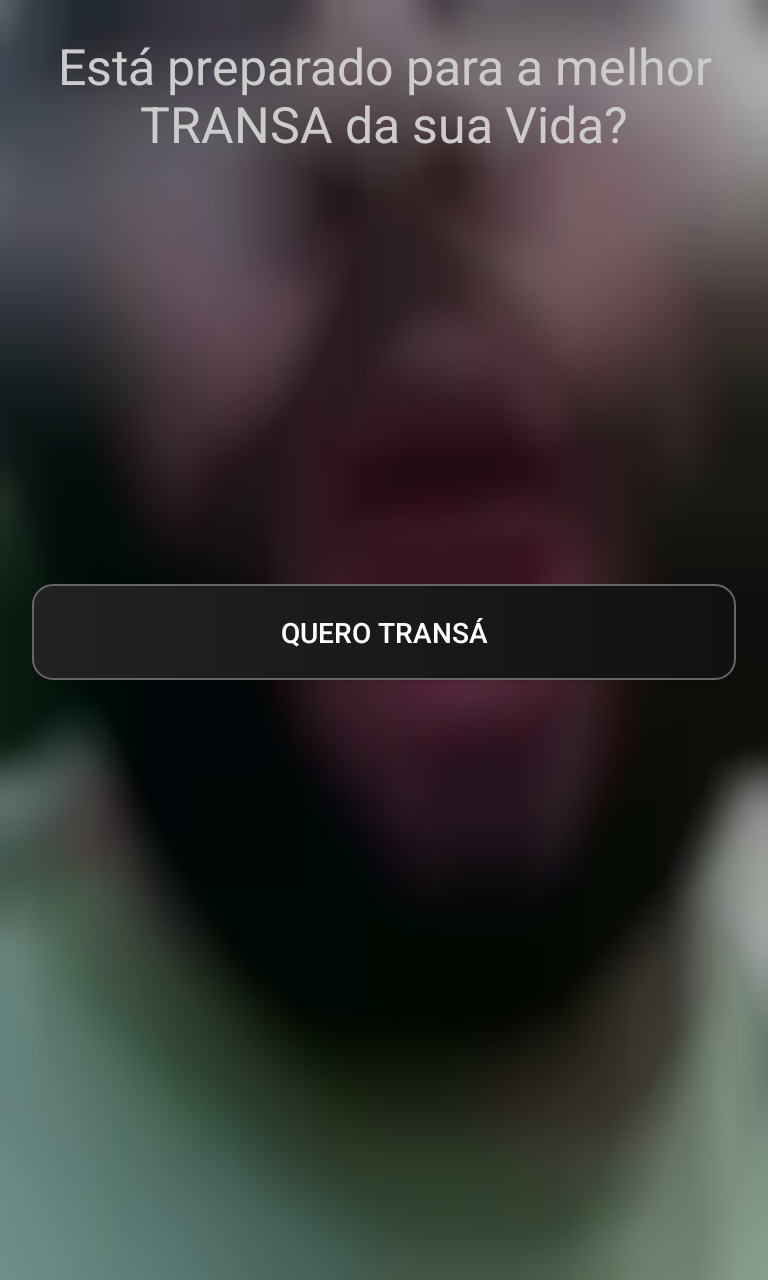
Repository: Cookahn/bioca_sounds
Layout: ChicoBiocaApp/res/layout/activity_main.xml
These files come from the project's save history. The layout is drawn as it stood at one moment and after a run of saves; the edit follows.
It is drawn on a 768 x 1280 px phone screen (xhdpi) without system bars, with theme AppTheme; the app's code is not run.

Above is the layout before, as saved 2014-08-12 13:19:06.

After the next 5 saves:
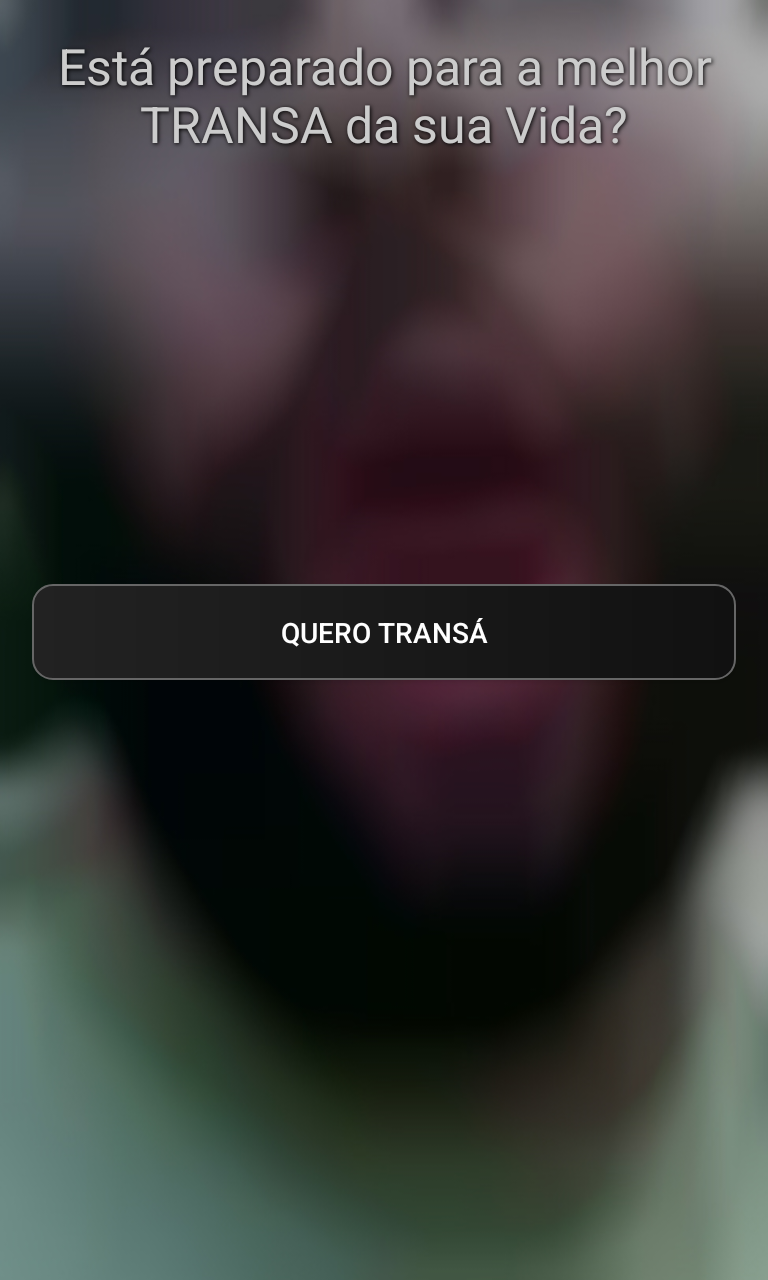
The 5 saves are shown as one change because they came seconds apart.
The last was saved 14 s later.
--- a/ChicoBiocaApp/res/layout/activity_main.xml
+++ b/ChicoBiocaApp/res/layout/activity_main.xml
@@ -17,9 +17,9 @@
         android:text="@string/are_you_ready"
         android:textColor="#ccc"
         android:shadowColor="#000"
-        android:shadowDx=""
-        android:shadowDy=""
-        android:shadowRadius=""
+        android:shadowDx="1"
+        android:shadowDy="1"
+        android:shadowRadius="3"
         android:textSize="25sp" />
 
     <LinearLayout
